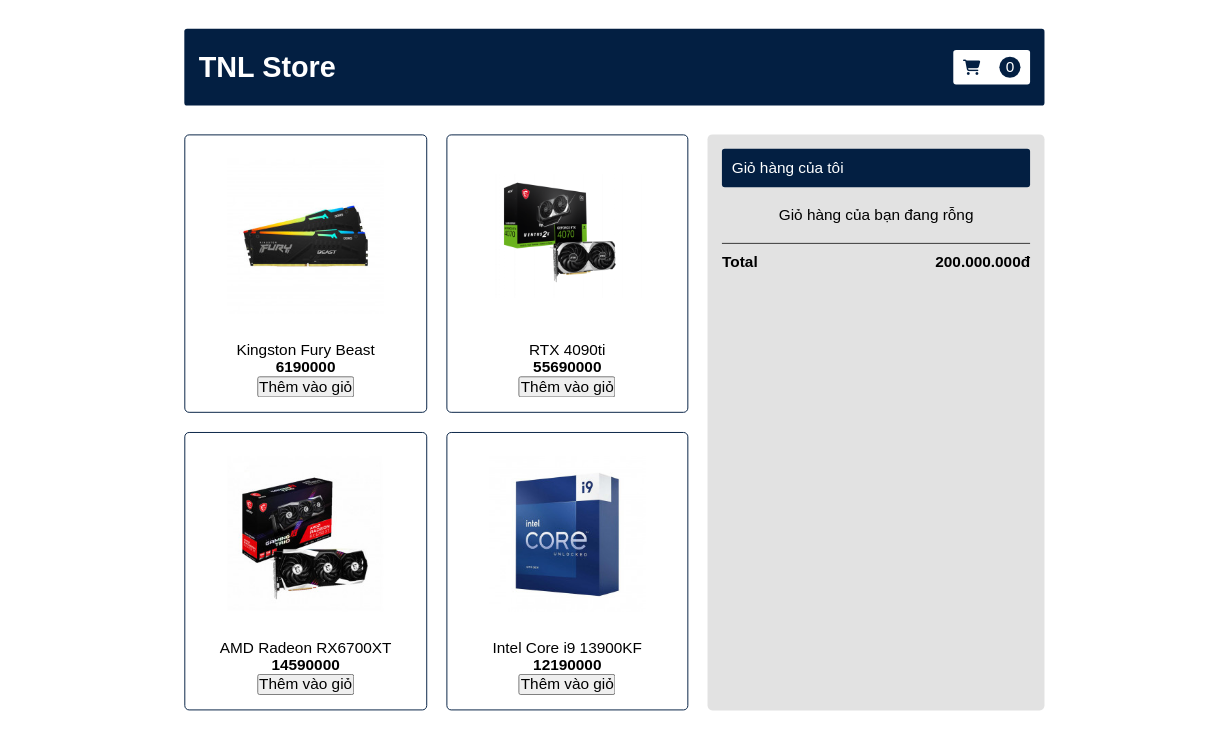
Repository: HPNChanel/DACS
Page: shopcart/shopcart.html
An editor plug-in stored every save of this project. The page is shown before and after the next save, followed by the edit.
The browser window is 1280 px wide. The pictures show the whole page, at 96% of full size.
Some web libraries are served in a nearby version.

Above is the page before, as saved 2023-04-14 14:58:33.

### shopcart/shopcart.html
<!DOCTYPE html>
<html lang="en">
<head>
    <meta charset="UTF-8">
    <meta http-equiv="X-UA-Compatible" content="IE=edge">
    <meta name="viewport" content="width=device-width, initial-scale=1.0">
    <title>Document</title>
    <link rel="stylesheet" href="./shopcart.css">
    <script src="http://kit.fontawesome.com/92d70a2fd8.js"></script>
</head>
<body>
    <div class="header">
        <p class="logo">TNL Store</p>
        <div class="cart"><i class="fa-solid fa-cart-shopping"></i>
            <p id="count">0</p>
        </div>
    </div>
    <div class="container">
        <div id="root">

        </div>
        <div class="sidebar">
            <div class="head">Giỏ hàng của tôi
            </div>
            <div id="cart-item">Giỏ hàng của bạn đang rỗng</div>
            <div class="foot">
                <h3>Total</h3>
                <h2 id="total">200.000.000đ</h2>
            </div>
        </div>
    </div>
    <script src="./shopcart.js"></script>

</body>
</html>

### shopcart/shopcart.css
*{
    margin: 0;
    padding: 0;
    box-sizing: border-box;
    font-family: 'poppins', sans-serif;
    font-size: 16px;
}

body{
    display: flex;
    align-items: center;
    justify-content: center;
    flex-direction: column;
}
.header{
    height: 80px;
    width: 70%;
    background-color: rgb(3, 31, 66);
    border-radius: 3px;
    margin: 30px 0px;
    display: flex;
    align-items: center;
    justify-content: space-between;
    padding: 15px;
}
.header .logo{
    font-size: 30px;
    font-weight: bold;
    color: white;
}
.cart{
    display: flex;
    background-color: rgb(255, 255, 255);
    justify-content: space-between;
    align-items: center;
    padding: 7px 10px;
    border-radius: 3px;
    width: 80px;
}
.fa-solid{
    color:rgb(3, 31, 66);

}
.cart p{
    height: 22px;
    width: 22px;
    display: flex;
    align-items: center;
    justify-content: center;
    border-radius: 22px;
    background-color: rgb(3, 31, 66);
    color: white;
}
.container{
    display: flex;
    width: 70%;
    margin-bottom: 30px;
}
#root{
    width: 60%;
    display: grid;
    grid-template-columns: repeat(2, 1fr);
    grid-gap: 20px;
}
.sidebar{
    width: 40%;
    border-radius: 5px;
    background-color: #e2e2e2;
    margin-left: 20px;
    padding: 15px;
    text-align: center;
}
.head{
    background-color: rgb(3, 31, 66);
    border-radius: 3px;
    height: 40px;
    padding: 10px;
    margin-bottom: 20px;
    color: white;
    display: flex;
    align-items: center;
}
.foot{
    display: flex;
    justify-content: space-between;
    margin: 20px 0px;
    padding: 10px 0px;
    border-top: 1px solid #333;
}
.box{
    display: flex;
    flex-direction: column;
    align-items: center;
    justify-content: space-between;
    border: 1px solid rgb(3, 31, 66);
    border-radius: 5px;
    padding: 15px;
}
.img-box{
    width: 100%;
    height: 180px;
    display: flex;
    align-items: center;
    justify-content: center;
}
.images{
    max-width: 90%;
    max-height: 90%;
    object-fit: cover;
    object-position: center;
}
.bottom{
    margin-top: 20px;
    width: 100%;
    text-align: center;
    display: flex;
    flex-direction: column;
    align-items: center;
    justify-content: space-between;
    height: auto;
}

### shopcart/shopcart.js
//Khởi tạo các đối tượng mặt hàng, ở đây em lấy tầm 6 cái nha anh em
const product = [
    {
        id: 0,
        image: './RAM1.jpg',
        title: 'Kingston Fury Beast',
        price: 6190000
    },
    {
        id: 3,
        image: './VGA1.png',
        title: 'RTX 4090ti',
        price: 55690000
    },
    {
        id: 4,
        image: './VGA6.jpg',
        title: 'AMD Radeon RX6700XT',
        price: 14590000
    },
    {
        id: 2,
        image: './13900K-KF-1-228x228.jpg',
        title: 'Intel Core i9 13900KF',
        price: 12190000
    },
];
const categories = [...new Set(product.map((item)=>
    {return item}))]
    let i = 0;
document.getElementById('root').innerHTML = categories.map((item) => {
    var{image, title, price} = item;
    return(
        `<div class='box'>
            <div class='img-box'>
                <img class='images' src=${image}></img>
            </div>
            <div class='bottom'>
            </div>
            <p>${title}</p>
            <h2>${price}</h2>`+
            "<button onclick='addtocart("+(i++)+")'>Thêm vào giỏ</button>" + `</div>
        </div>`
    )
}).join('')

After the next save:
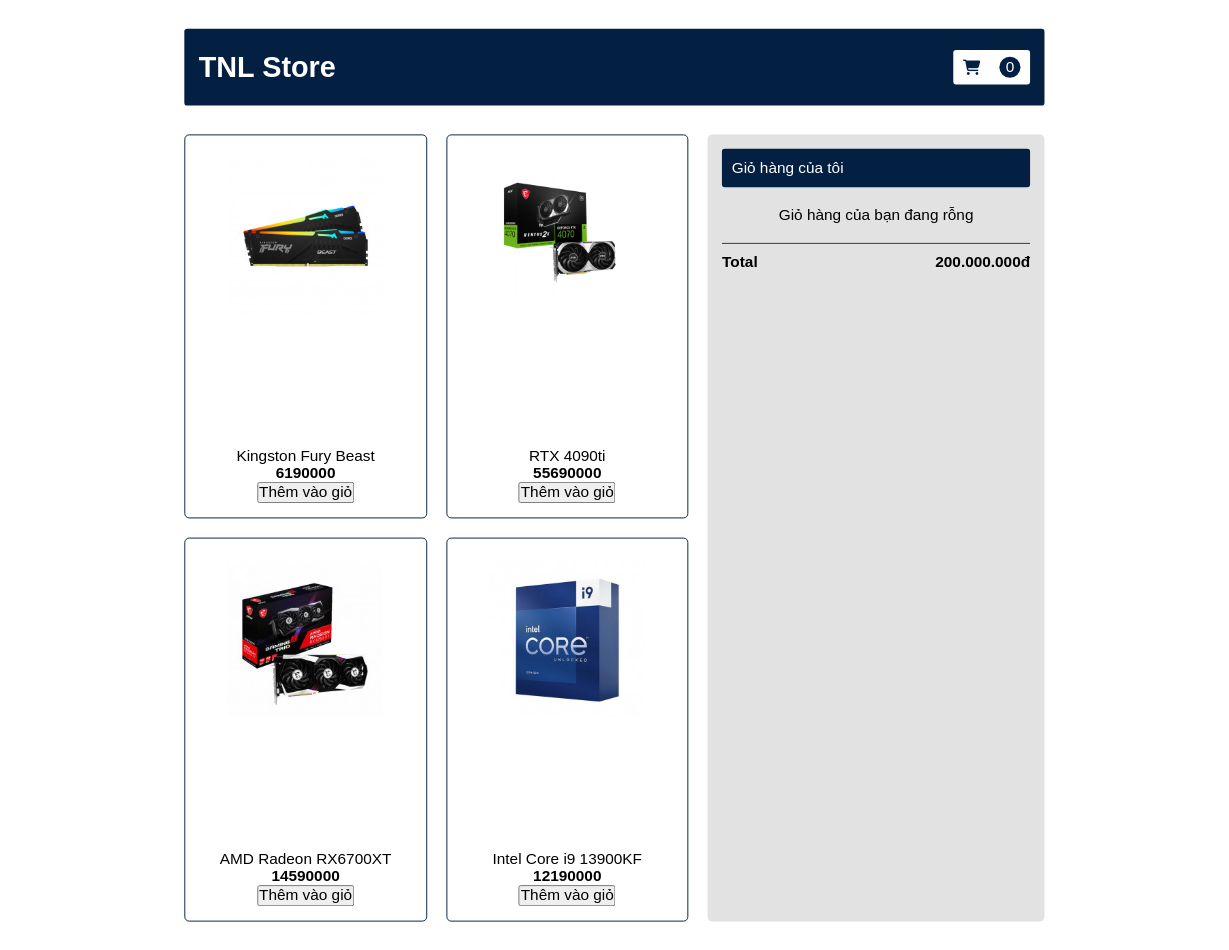
Saved 5 s later.
--- a/shopcart/shopcart.css
+++ b/shopcart/shopcart.css
@@ -117,5 +117,5 @@
     flex-direction: column;
     align-items: center;
     justify-content: space-between;
-    height: auto;
+    height: 110px;
 }
